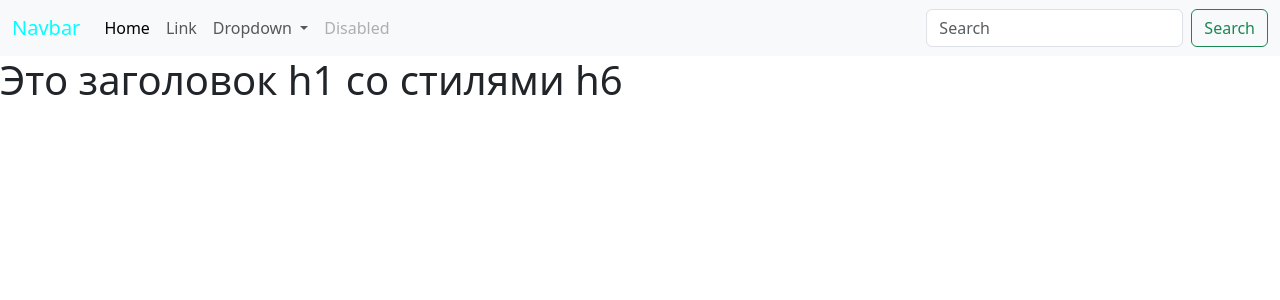
Repository: archangel88/elbrus_homework
Page: phase-0/week-3/day-5/css-bootstrap/index.html
These files come from the project's save history. The page is drawn as it stood at one moment and after the next save; the edit follows.
The browser window is 1280 px wide. The pictures show the whole page.

Above is the page before, as saved 2025-10-10 22:13:58.

### phase-0/week-3/day-5/css-bootstrap/index.html
<!DOCTYPE html>
<html lang="en">
<head>
    <meta charset="UTF-8">
    <link rel="stylesheet" href="https://cdn.jsdelivr.net/npm/bootstrap@5.3.8/dist/css/bootstrap.min.css">
    <link rel="stylesheet" href="style.css">
    <meta name="viewport" content="width=device-width, initial-scale=1.0">
    <title>Document</title>
</head>
<body>
<nav class="navbar navbar-expand-lg bg-body-tertiary">
  <div class="container-fluid">
    <a class="navbar-brand" href="#">Navbar</a>
    <button class="navbar-toggler" type="button" data-bs-toggle="collapse" data-bs-target="#navbarSupportedContent" aria-controls="navbarSupportedContent" aria-expanded="false" aria-label="Toggle navigation">
      <span class="navbar-toggler-icon"></span>
    </button>
    <div class="collapse navbar-collapse" id="navbarSupportedContent">
      <ul class="navbar-nav me-auto mb-2 mb-lg-0">
        <li class="nav-item">
          <a class="nav-link active" aria-current="page" href="#">Home</a>
        </li>
        <li class="nav-item">
          <a class="nav-link" href="#">Link</a>
        </li>
        <li class="nav-item dropdown">
          <a class="nav-link dropdown-toggle" href="#" role="button" data-bs-toggle="dropdown" aria-expanded="false">
            Dropdown
          </a>
          <ul class="dropdown-menu">
            <li><a class="dropdown-item" href="#">Action</a></li>
            <li><a class="dropdown-item" href="#">Another action</a></li>
            <li><hr class="dropdown-divider"></li>
            <li><a class="dropdown-item" href="#">Something else here</a></li>
          </ul>
        </li>
        <li class="nav-item">
          <a class="nav-link disabled" aria-disabled="true">Disabled</a>
        </li>
      </ul>
      <form class="d-flex" role="search">
        <input class="form-control me-2" type="search" placeholder="Search" aria-label="Search"/>
        <button class="btn btn-outline-success" type="submit">Search</button>
      </form>
    </div>
  </div>
</nav>

<h1 class="display-6">Это заголовок h1 со стилями h6</h1>

</body>
</html>

### phase-0/week-3/day-5/css-bootstrap/style.css
.container-fluid .navbar-brand{
    color: aqua;
}

After the next save:
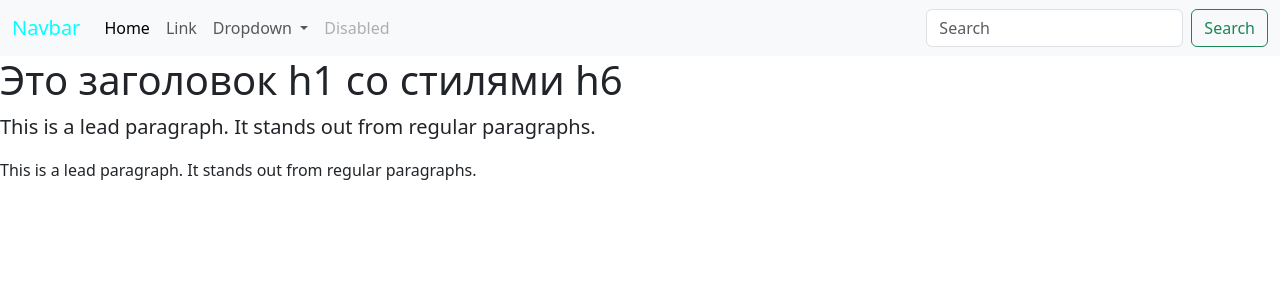
Saved 112 s later.
--- a/phase-0/week-3/day-5/css-bootstrap/index.html
+++ b/phase-0/week-3/day-5/css-bootstrap/index.html
@@ -47,5 +47,12 @@
 
 <h1 class="display-6">Это заголовок h1 со стилями h6</h1>
 
+<p class="lead">
+  This is a lead paragraph. It stands out from regular paragraphs.
+</p>
+
+<p>
+  This is a lead paragraph. It stands out from regular paragraphs.
+</p>
 </body>
 </html>
